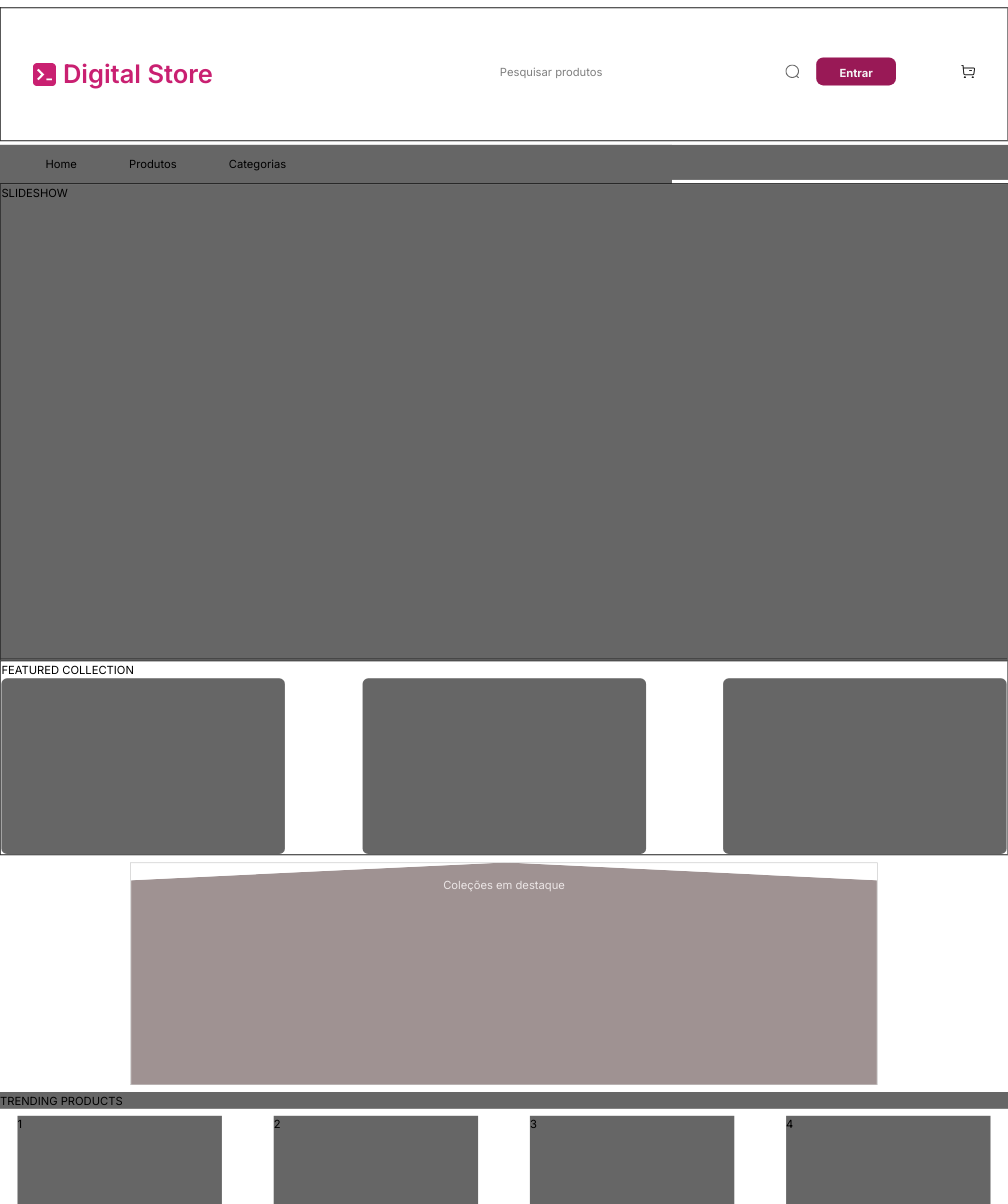
Repository: theophiloweb/landpage_disgital_store
Page: index.html
The author's editor kept a copy of each file at every save. The page is drawn from the files as they stood at one save, then again after the next save.
The browser window is 1280 px wide. The page is 1440 px wide, so the pictures cover 1440 px, including what lies to the right of the window. The pictures show the part of the page from y = 0 to 1720 px (the page is 3178 px tall), at 70% of full size.

Above is the page before, as saved 2025-04-24 11:12:09.

After the next save:
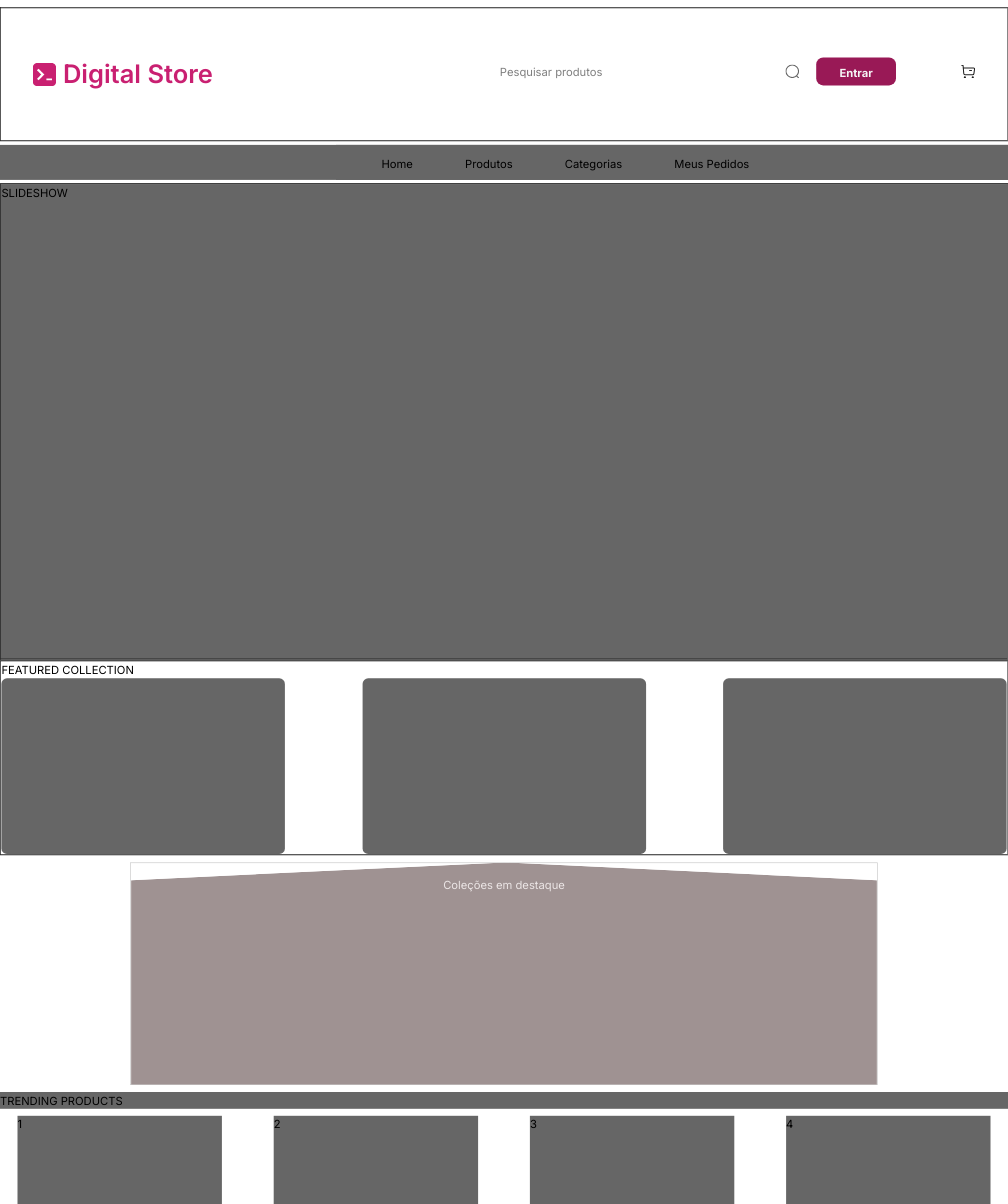
Saved 36 s later.
--- a/style.css
+++ b/style.css
@@ -136,6 +136,7 @@ nav {
 
 .nav_links {
   list-style: none;
+  grid-column: 2 / 4;
 
 
 }
